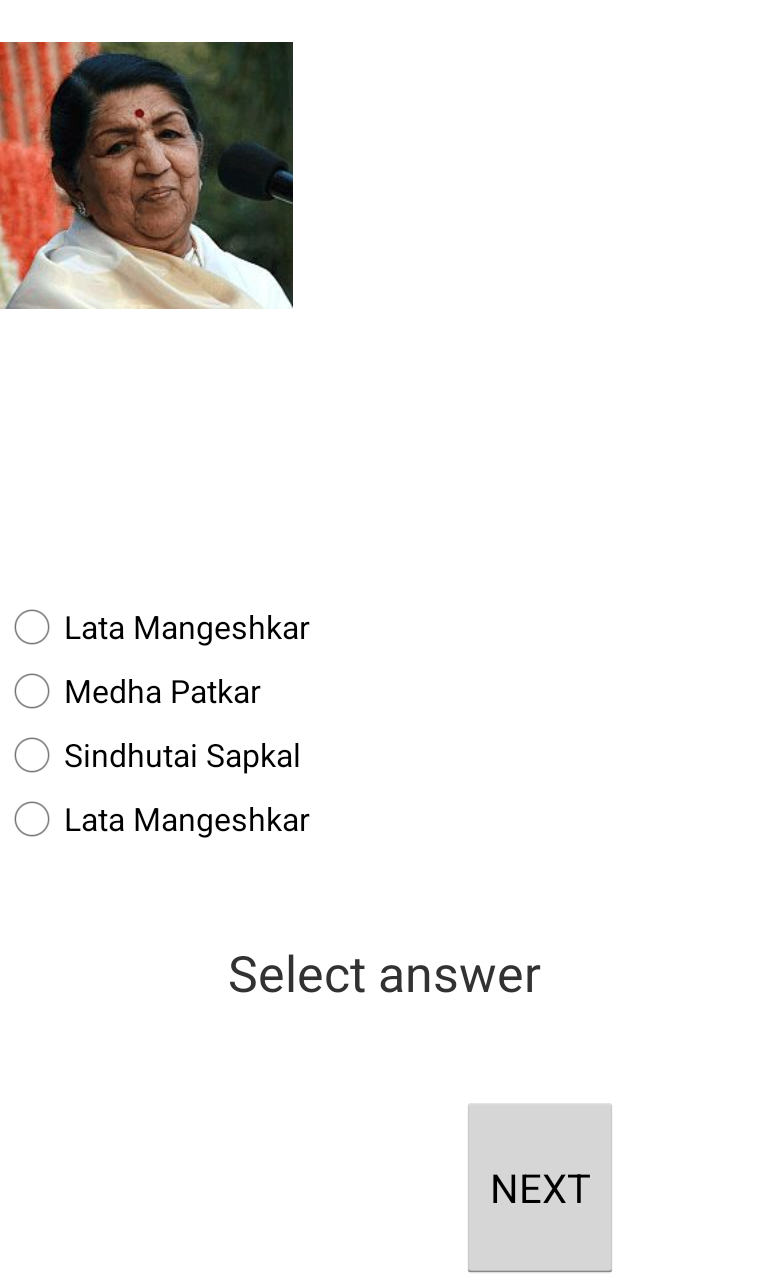
Repository: rupaligarje123/aakash
Layout: androidphotoquiz/FunChem1/photoquiz/res/layout/que9.xml
These files come from the project's save history. The layout is drawn as it stood at one moment and after the next save; the edit follows.
It is drawn on a 768 x 1280 px phone screen (xhdpi) without system bars, with theme AppTheme; the app's code is not run.

Above is the layout before, as saved 2013-04-18 10:01:10.

After the next save:
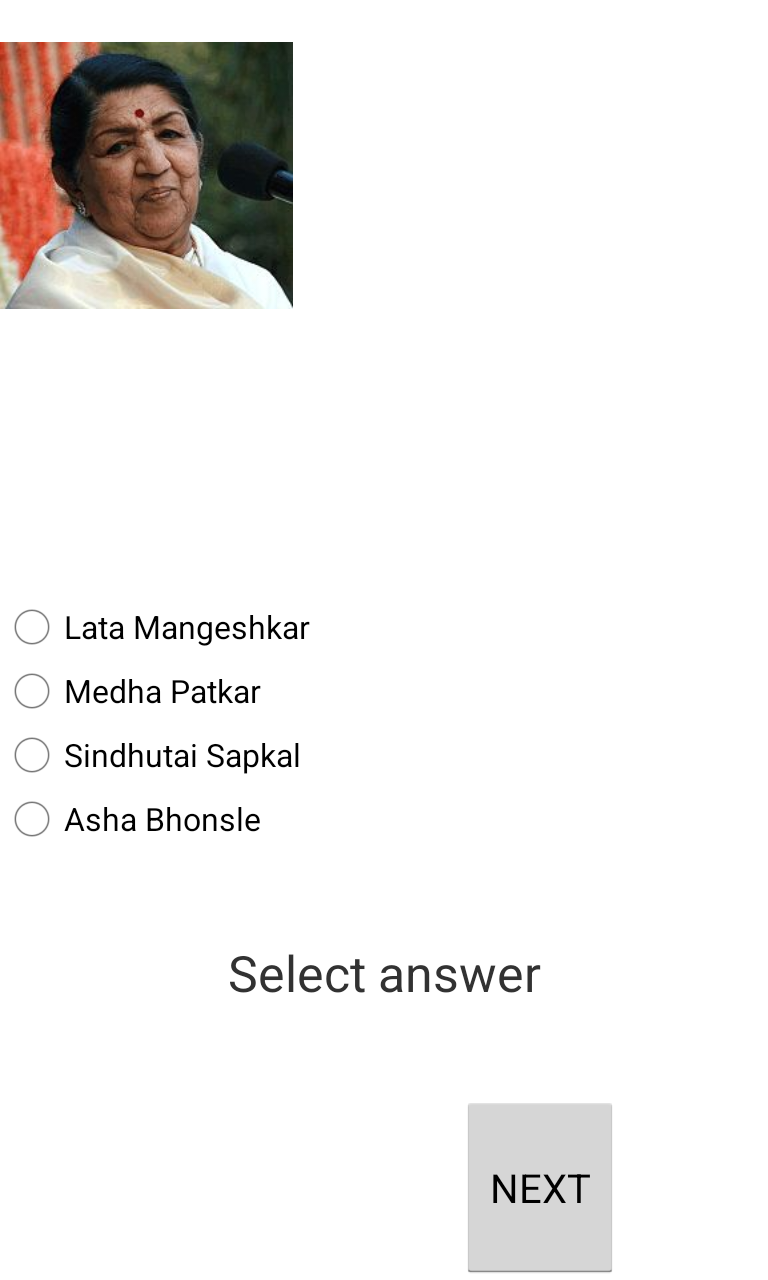
Saved 18 s later.
--- a/androidphotoquiz/FunChem1/photoquiz/res/layout/que9.xml
+++ b/androidphotoquiz/FunChem1/photoquiz/res/layout/que9.xml
@@ -51,7 +51,7 @@
         android:layout_width="match_parent"
         android:layout_height="0dp"
         android:layout_weight="1"
-        android:text="Lata Mangeshkar" />
+        android:text="Asha Bhonsle" />
     </RadioGroup>
    <TextView
         android:id="@+id/tvr9"
